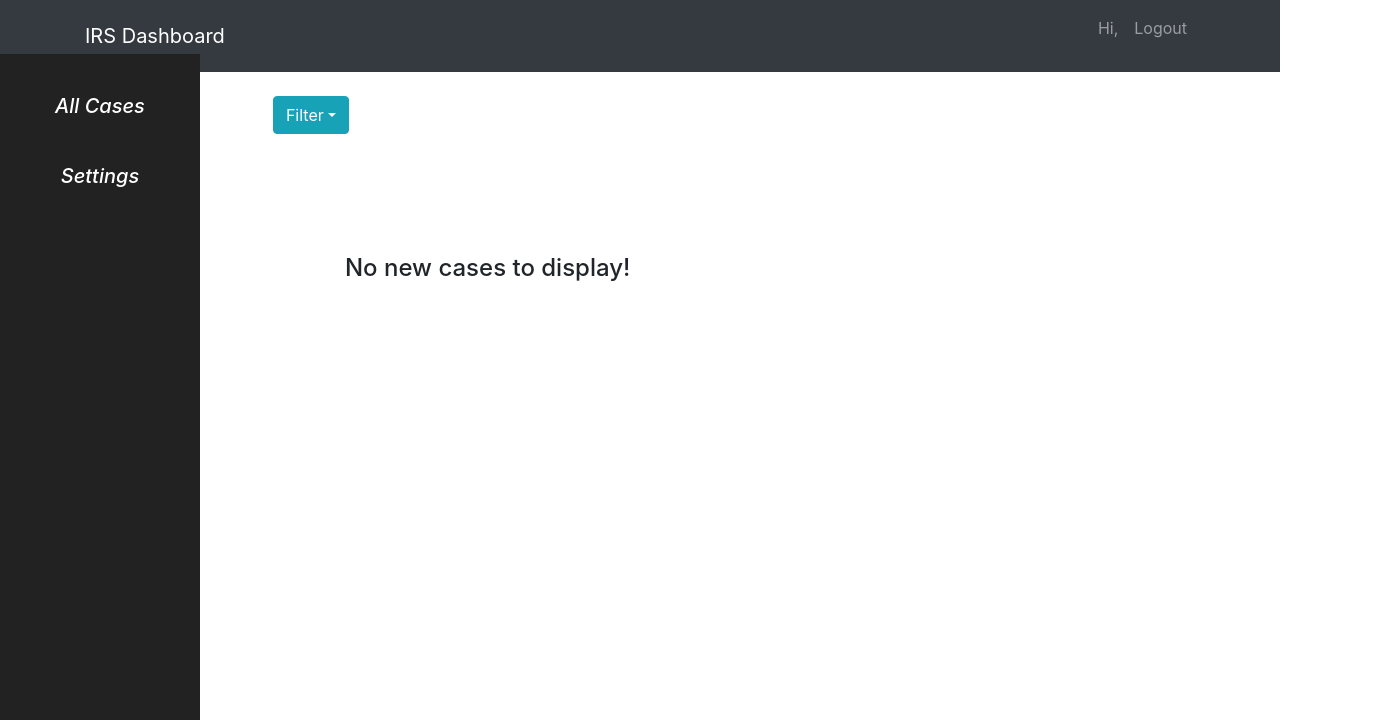
Repository: greeshmavyas/IRS_CS
Page: /AgentDashboard (app in AgentManagement/Frontend/)
An editor plug-in stored every save of this project. The page is shown before and after the next save, followed by the edit.
The browser window is 1280 px wide. The page is 1295 px wide, then 1393 px, so the pictures cover 1393 px, including what lies to the right of the window. The pictures show the whole page.
The page's requests for data from a server got no answer. Some web libraries are served in a nearby version. The project was rebuilt for these pictures with package versions that can differ from the ones it lists, and the page was loaded fresh each time. No one was signed in, and anything a server would have sent is missing. Also part of the build but not shown: AgentManagement/Frontend/src/components/NavbarLogin.js, AgentManagement/Frontend/src/components/login.js, AgentManagement/Frontend/src/components/Settings.js, AgentManagement/frontend/src/App.css.

Above is the page before, as saved 2020-10-27 01:43:51.

After the next save:
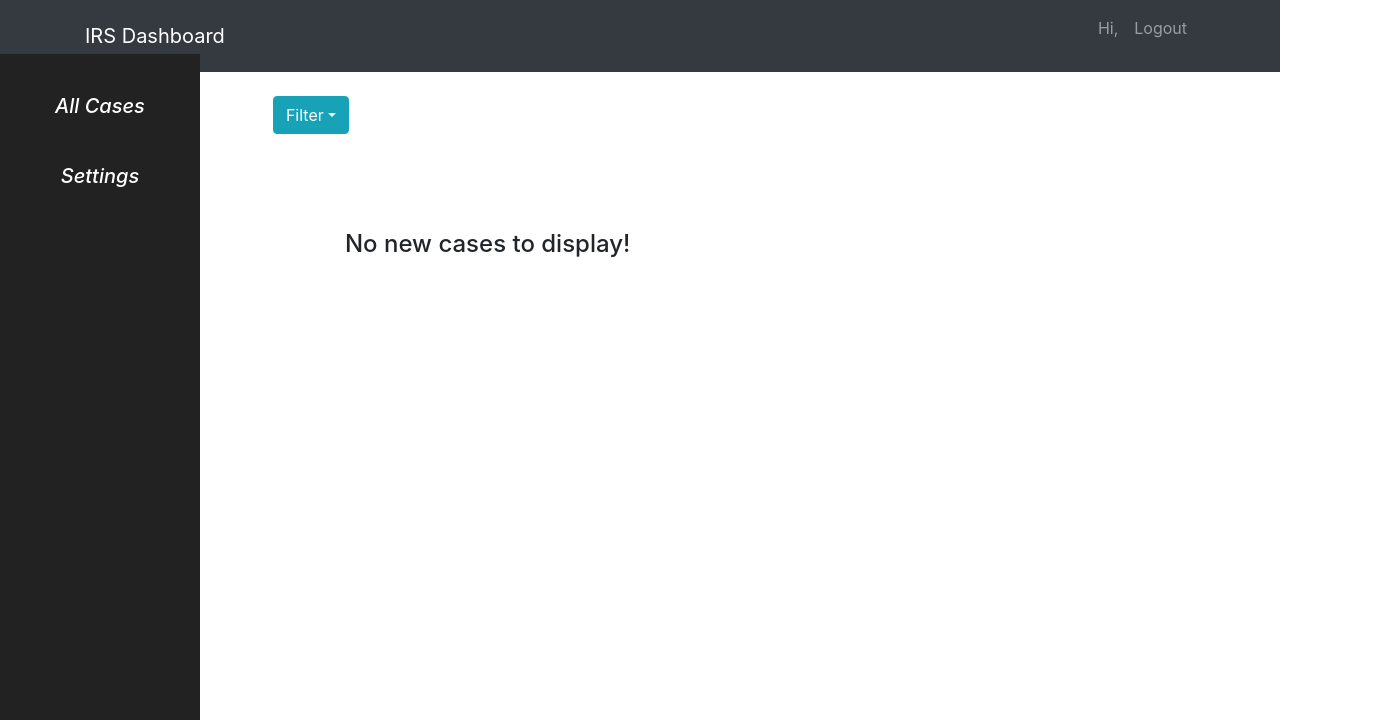
Saved 32 s later.
--- a/AgentManagement/Frontend/src/components/Dashboard.js
+++ b/AgentManagement/Frontend/src/components/Dashboard.js
@@ -123,7 +123,7 @@ class Dashboard extends Component {
             <Sidebar /></div>
 
           <div className="container col-9">
-          <Dropdown>
+          <Dropdown style={{ width: '70rem' }}>
             <Dropdown.Toggle variant="info" id="dropdown-basic">
               Filter
             </Dropdown.Toggle>
@@ -136,7 +136,7 @@ class Dashboard extends Component {
           </Dropdown>
 
           <br></br>
-          <br></br>
+
 
 
             {this.state.allCases.length > 0 ? (
